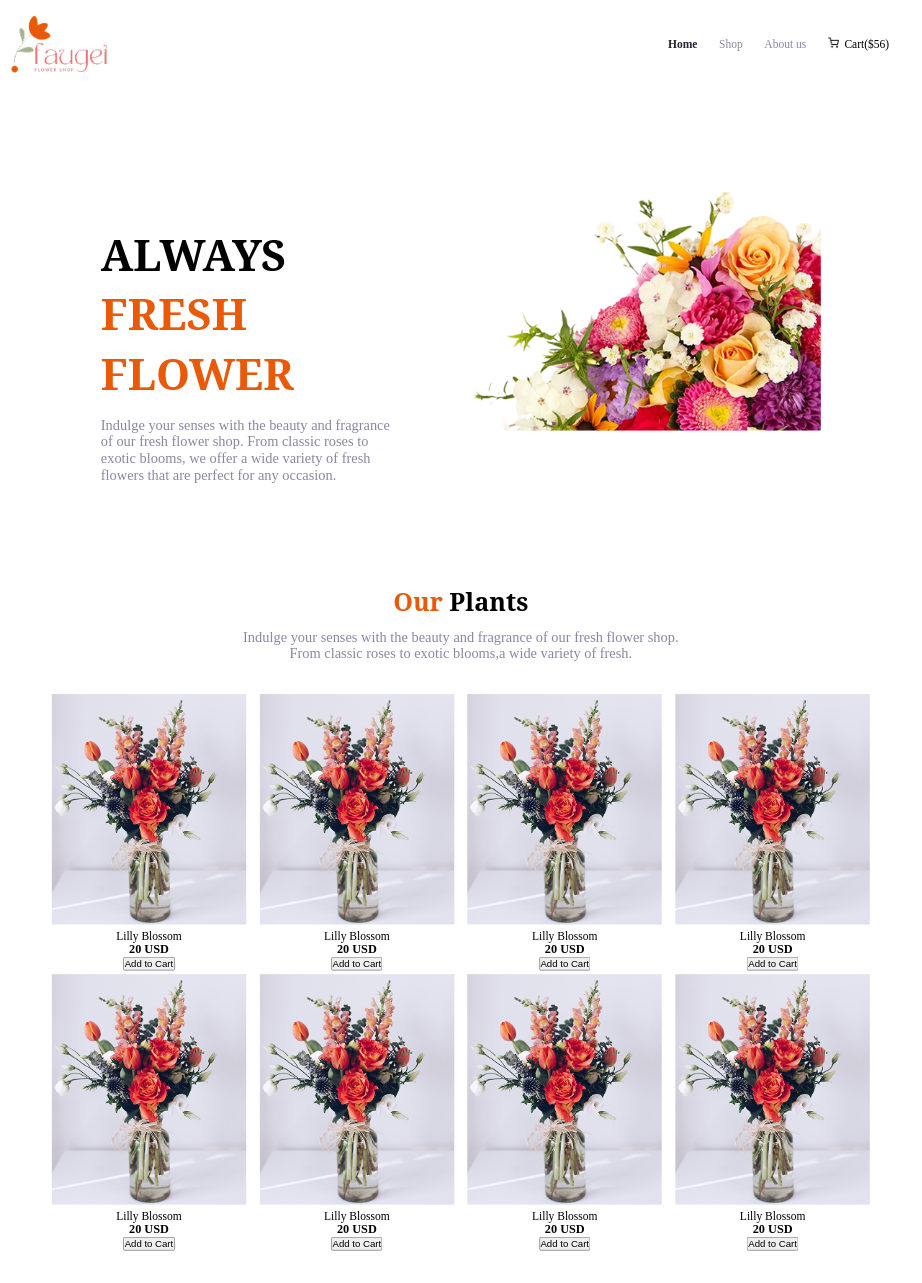
Repository: dollyrakhe22/Flowers-main-website
Page: index.html
An editor plug-in stored every save of this project. The page is shown before and after the next save, followed by the edit.
The browser window is 1280 px wide. The pictures show the whole page, at 72% of full size.
Some web libraries are served in a nearby version.

Above is the page before, as saved 2025-07-24 02:57:06.

### index.html
<!DOCTYPE html>
<html lang="en">
<head>
    <meta charset="UTF-8">
    <meta name="viewport" content="width=device-width, initial-scale=1.0">
    <title>Flowers Site</title>
    <link rel="stylesheet" href="style.css">
    <link rel="stylesheet" href="https://cdnjs.cloudflare.com/ajax/libs/font-awesome/7.0.0/css/all.min.css" integrity="sha512-DxV+EoADOkOygM4IR9yXP8Sb2qwgidEmeqAEmDKIOfPRQZOWbXCzLC6vjbZyy0vPisbH2SyW27+ddLVCN+OMzQ==" crossorigin="anonymous" referrerpolicy="no-referrer" />
</head>
<body >
    <header>
           <nav class="nav-bar display-flex">
                <img src="assets/logo.png" alt="" srcset="">


              <ul class="list-link display-flex">
                <li class="list-item text-black ">Home</li>
                <li class="list-item text-gray">Shop</li>
                <li class="list-item text-gray">About us</li>
                <li class="list-item"><img src="assets/shopping-cart (1).jpg"id="shopping-card" alt="" srcset=""width="15px" height="15px">Cart($56)</li>
             </ul>
           </nav>
           </header>
   <main>
  <!--Fresh Flowers-->

 <section class="flower-section display-flex">
  <div class="fresh-flower">
   <h1 class="flower-title noto-serif-normal">ALWAYS <span class="primary-color">FRESH<br> FLOWER</span></h1>
   <p class="flower-description text-gray">Indulge your senses with the beauty and fragrance of our fresh flower shop. From classic roses to exotic blooms,
     we offer a wide variety of fresh flowers that are perfect for any occasion. </p>
  </div>
  <div class="flower-img">
    <img src="assets/hero-flower.png" alt="" srcset="">
  </div>

 </section>
 <!--Plants-->
<section class="plants-section">

    <h1 class="plant-title noto-serif-normal"><span class="primary-color">Our</span> Plants</h1>
    <p class="plant-description text-gray">Indulge your senses with the beauty
      and fragrance  of our fresh flower shop. <span style="display: block;"> From classic roses to exotic blooms,a wide variety of fresh.</span>
     </p>
</section>
<!--Plant-Card-Container-->
<section >
<div class="card-container">
  <div class="plant-card">
    <img src="assets/sample-flower-image.png" alt="" srcset="">
    <h4 class="lily">Lilly Blossom</h4>
    <p class="price">20 USD</p>
    <button>Add to Cart</button>
  </div>
  <div class="plant-card">
    <img src="assets/sample-flower-image.png" alt="" srcset="">
    <h3 class="lily">Lilly Blossom</h3>
    <p class="price">20 USD</p>
    <button>Add to Cart</button>
  </div>
  <div class="plant-card">
    <img src="assets/sample-flower-image.png" alt="" srcset="">
    <h3 class="lily">Lilly Blossom</h3>
    <p class="price">20 USD</p>
    <button>Add to Cart</button>
  </div>
  <div class="plant-card">
    <img src="assets/sample-flower-image.png" alt="" srcset="">
    <h3 class="lily">Lilly Blossom</h3>
    <p class="price">20 USD</p>
    <button>Add to Cart</button>
  </div>
  <div class="plant-card">
    <img src="assets/sample-flower-image.png" alt="" srcset="">
    <h3 class="lily">Lilly Blossom</h3>
    <p class="price">20 USD</p>
    <button>Add to Cart</button>
  </div>
  <div class="plant-card">
    <img src="assets/sample-flower-image.png" alt="" srcset="">
    <h3 class="lily">Lilly Blossom</h3>
    <p class="price">20 USD</p>
    <button>Add to Cart</button>
  </div>
  <div class="plant-card">
    <img src="assets/sample-flower-image.png" alt="" srcset="">
    <h3 class="lily">Lilly Blossom</h3>
    <p class="price">20 USD</p>
    <button>Add to Cart</button>
  </div>
  <div class="plant-card">
    <img src="assets/sample-flower-image.png" alt="" srcset="">
    <h3 class="lily">Lilly Blossom</h3>
    <p class="price">20 USD</p>
    <button>Add to Cart</button>
  </div>















</div>






</section>










    </main>
    <footer>

    </footer>
</body>
</html>

### style.css
@import url('https://fonts.googleapis.com/css2?family=Noto+Serif:ital,wght@0,100..900;1,100..900&display=swap');

*{
    box-sizing: border-box;
    margin: 0;
    padding: 0;
}

.noto-serif-normal{
  font-family: "Noto Serif", serif;
  font-optical-sizing: auto;
  font-style: normal;

}
/*shared style*/
.display-flex{
    display: flex;
}
/*black*/
.text-black{
    color:#252432;
    font-weight: bold;
}
/*dark 02*/
.text-gray{
    color: #8987A1;
}
.primary-color{
    color:#E95A08;
}
/*navbar start*/
.nav-bar{
   justify-content: space-between;
   margin: 20px auto;
   max-width: 1250px;




}
.list-link{
    justify-items: center;
    justify-content: center;
    align-items: center;



}
nav ul li{
    list-style: none;
    margin-right: 30px;
}
#shopping-card{
    margin-right: 8px;
}
/*Fresh Flower*/
.fresh-flower{
    margin-top: 70px;
}
.flower-section{
    max-width: 100%;
   margin: 140px;
   gap: 10px;
}
.flower-title{
      font-size: 3.75rem;
}
.flower-description{
    font-size: 1.25rem;
    margin-top: 20px;
}
/*Plants*/
.plants-section{
  justify-items: center;

}
.plant-title{
    font-size: 2.18rem;
    font-weight: 700;
}
.plant-description{
    font-size: 1.25rem;
    margin-top: 15px;
   text-align: center;

}
/*Plant-Card-Container*/
.card-container{
    max-width: 1150px;
    margin: 45px auto;
    display: grid;
    grid-template-columns: repeat(4,1fr);
    gap: 5px;
}
.plant-card {
    align-items: center;
    justify-items: center;
}
.lily{
    font-size: 1rem;
    font-weight:200;
}
.price{
    font-size: 17px;
    font-weight: bold;
}
.card-container,.button{
    align-items: center;
    justify-items: center;
}

After the next save:
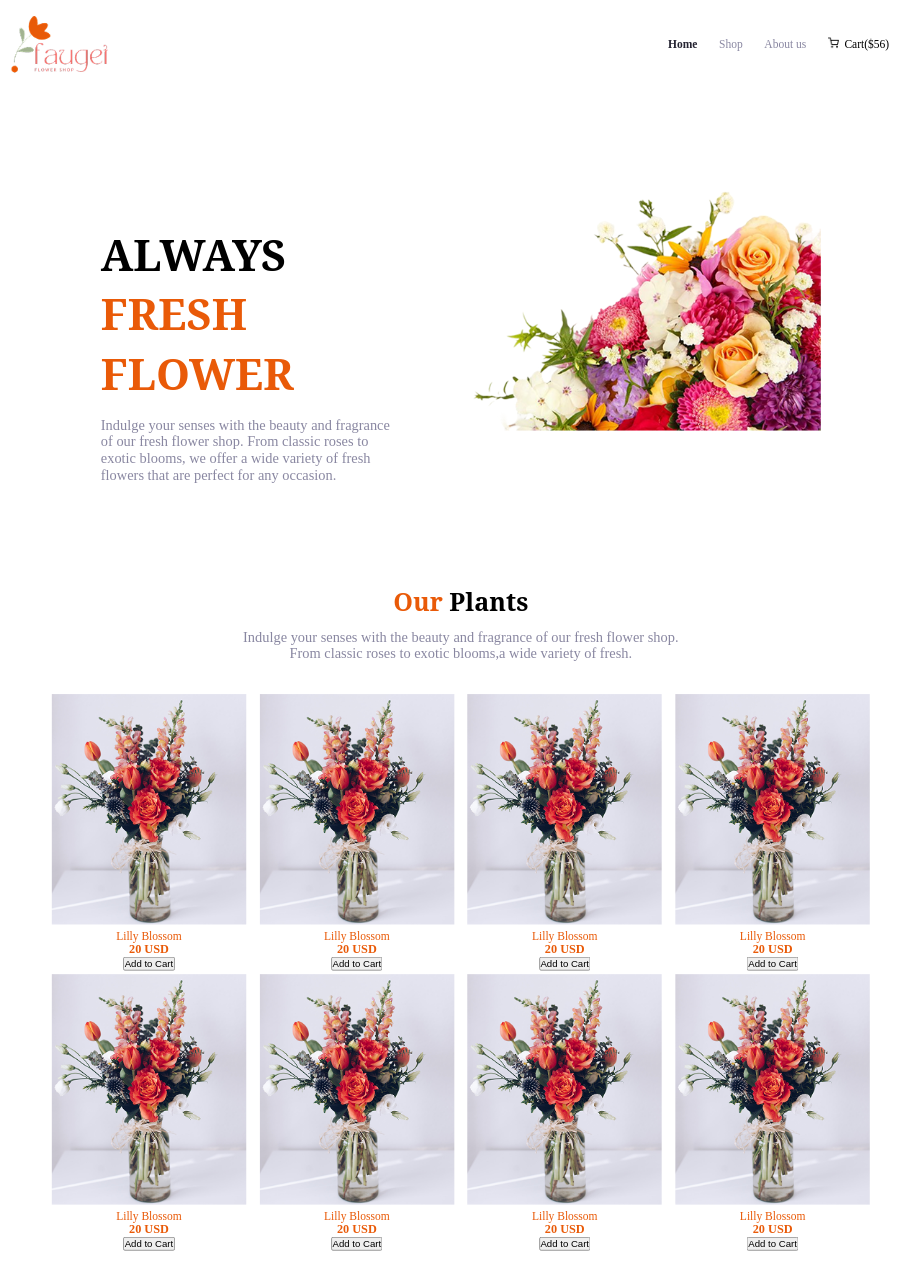
Saved 81 s later.
--- a/index.html
+++ b/index.html
@@ -50,7 +50,7 @@
     <img src="assets/sample-flower-image.png" alt="" srcset="">
     <h4 class="lily">Lilly Blossom</h4>
     <p class="price">20 USD</p>
-    <button>Add to Cart</button>
+    <button >Add to Cart</button>
   </div>
   <div class="plant-card">
     <img src="assets/sample-flower-image.png" alt="" srcset="">
--- a/style.css
+++ b/style.css
@@ -105,6 +105,5 @@
     font-weight: bold;
 }
 .card-container,.button{
-    align-items: center;
-    justify-items: center;
+   color:#E95A08;
 }

After the save that followed:
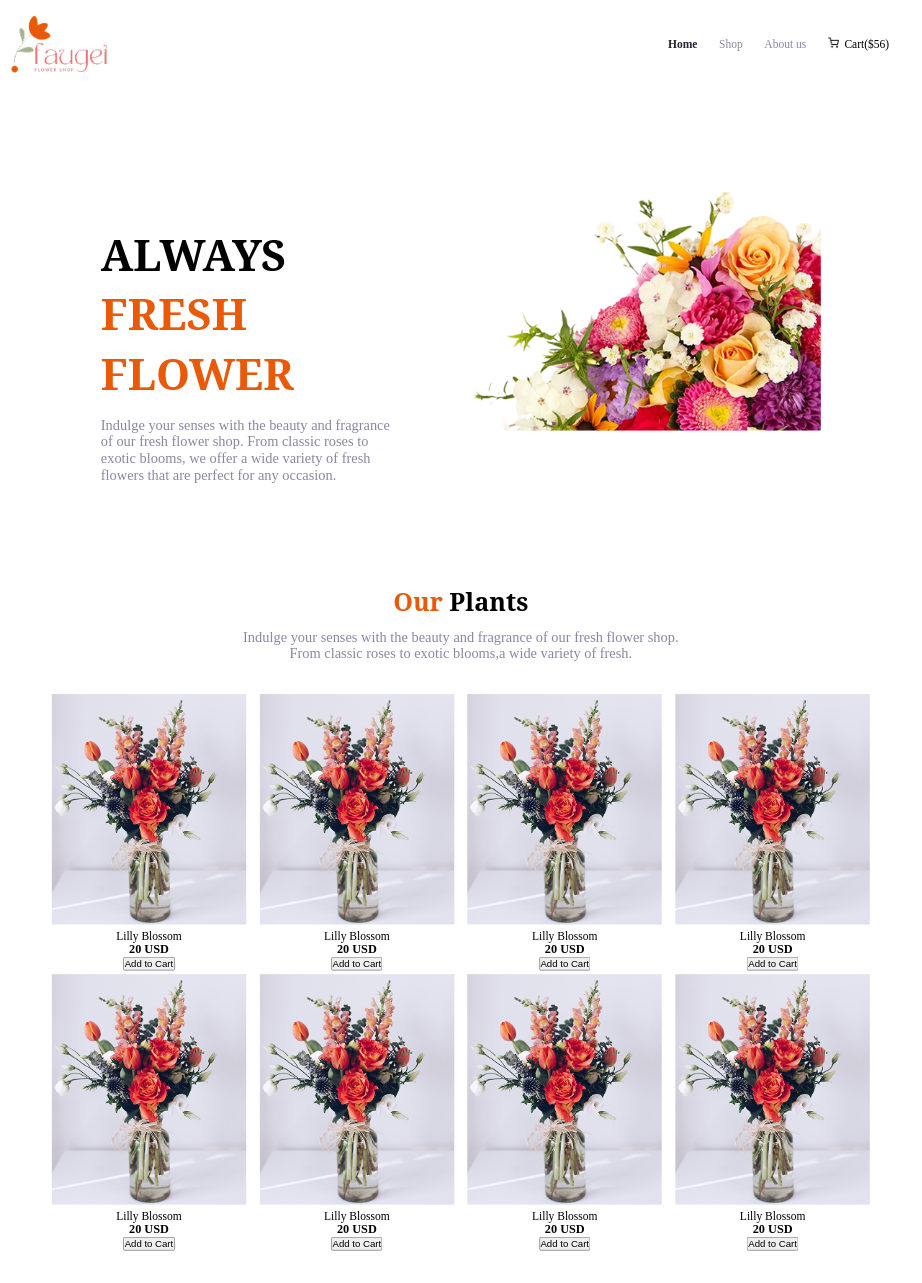
Saved 19 s later.
--- a/style.css
+++ b/style.css
@@ -104,6 +104,6 @@
     font-size: 17px;
     font-weight: bold;
 }
-.card-container,.button{
+.button{
    color:#E95A08;
 }
